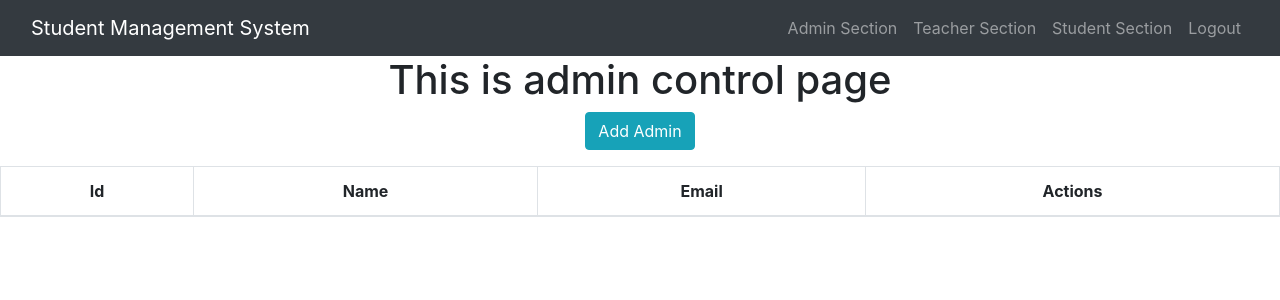
Repository: arupmaji404/StudentManagementSystem
Page: http://localhost/admin/admincontrol
An editor plug-in stored every save of this project. The page is shown before and after the next save, followed by the edit.
The browser window is 1280 px wide. The pictures show the whole page.
The page is this project's Thymeleaf template; nobody is signed in. The template is opened directly, without the code that normally fills it, so the values that code supplies are empty.

Above is the page before, as saved 2022-09-20 15:56:16.

### StudentManagementSystem/src/main/resources/templates/admin/admincontrol.html

<!DOCTYPE html>
<html lang="en" xmlns:th="http://www.thymeleaf.org">
<head>
<meta charset="ISO-8859-1">
<title>All Admins</title>
<link rel="stylesheet"
	href="https://stackpath.bootstrapcdn.com/bootstrap/4.1.3/css/bootstrap.min.css"
	integrity="sha384-MCw98/SFnGE8fJT3GXwEOngsV7Zt27NXFoaoApmYm81iuXoPkFOJwJ8ERdknLPMO"
	crossorigin="anonymous">
</head>
<body>
	<div th:insert="navbar :: navbar"></div>
	<div class="text-center mb-2">
		<h1>This is admin control page</h1>

		<a th:href="@{/admin/addAdminForm}" class="btn btn-info mb-2">Add Admin</a>
	</div>
	<table class="table table-bordered table-striped">
		<thead>
			<tr class = "text-center">
				<th>Id</th>
				<th>Name</th>
				<th>Email</th>
				<th>Actions</th>
			</tr>
		</thead>
		<tbody>
			<tr th:if="${admins.empty}">
				<td colspan="4">No Users Available</td>
			</tr>
			<tr th:each="admin : ${admins}" class = " text-center">
				<td><span th:text="${admin.id}"> Id </span></td>
				<td><span th:text="${admin.name}"> Name </span></td>
				<td><span th:text="${admin.email}"> Email </span></td>
				<td><a th:href="@{/admin/showAdminUpdateForm(adminId=${admin.id})}"
					class="btn btn-info">Update</a> <a
					th:href="@{/admin/deleteAdmin(adminId=${admin.id})}"
					class="btn btn-danger m1-2">Delete</a></td>
			</tr>
		</tbody>
	</table>
</body>
</html>

### StudentManagementSystem/src/main/resources/templates/navbar.html
<!DOCTYPE html>
<html xmlns:th="http://www.thymeleaf.org">
<head>
    <meta charset="UTF-8">
    <title>Admin Navigation Bar</title>

</head>
<body>

<nav th:fragment="navbar" class="navbar navbar-expand-md bg-dark navbar-dark">
    <div class="container-fluid">
        <div class="navbar-header">
            <a class="navbar-brand" th:href="@{/admin/adminIndex}">Student Management System</a>
        </div>
        <ul class="nav navbar-nav">
            <li><a class="nav-link" th:href="@{/admin/admin-control}">Admin Section</a></li>

            <li><a class="nav-link" th:href="@{/admin/teacher-control}">Teacher Section</a></li>

            <li><a class="nav-link" th:href="@{/admin/student-control}">Student Section</a></li>

        	<li><a class="nav-link" th:href="@{/logout}">Logout</a></li>
        </ul>
    </div>
</nav>

</body>
</html>

After the next save:
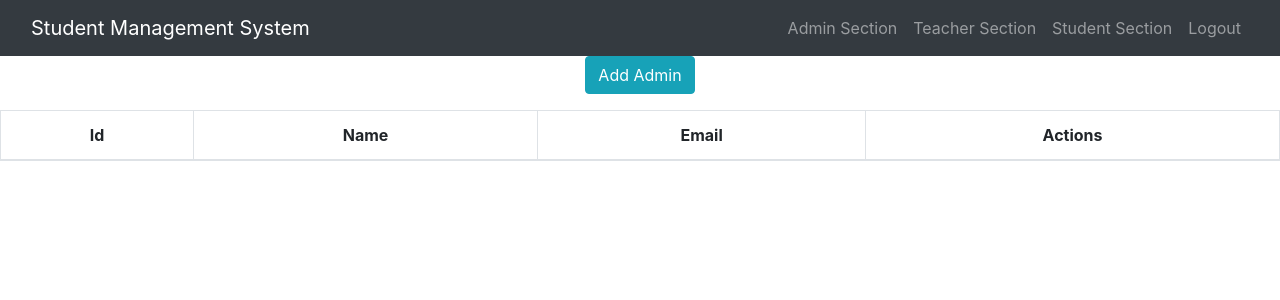
Saved 38 s later.
--- a/StudentManagementSystem/src/main/resources/templates/admin/admincontrol.html
+++ b/StudentManagementSystem/src/main/resources/templates/admin/admincontrol.html
@@ -12,8 +12,6 @@
 <body>
 	<div th:insert="navbar :: navbar"></div>
 	<div class="text-center mb-2">
-		<h1>This is admin control page</h1>
-
 		<a th:href="@{/admin/addAdminForm}" class="btn btn-info mb-2">Add Admin</a>
 	</div>
 	<table class="table table-bordered table-striped">
